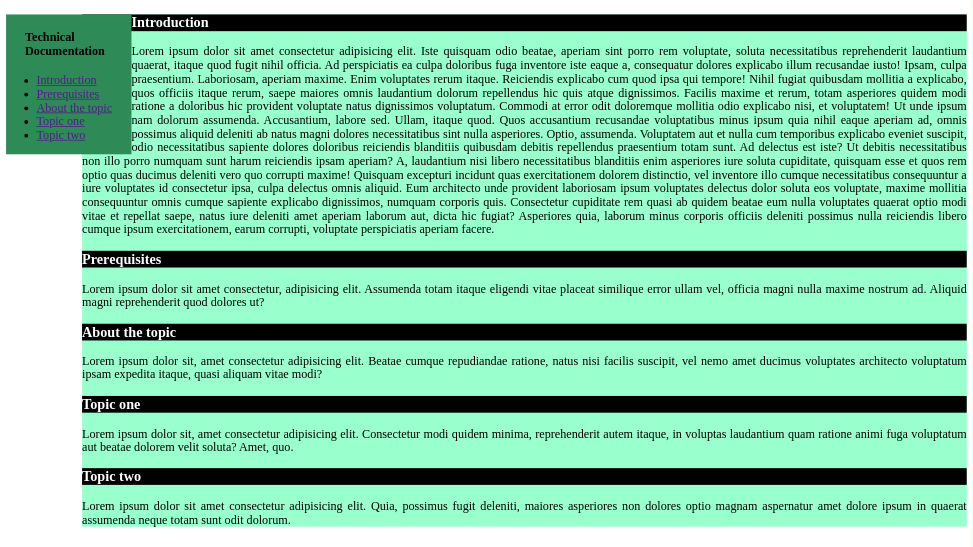
Repository: JoaoLemesDEV/Excercise-Tech-Documentation-Page
Page: index.html
These files come from the project's save history. The page is drawn as it stood at one moment and after the next save; the edit follows.
The browser window is 1280 px wide. The pictures show the whole page, at 76% of full size.

Above is the page before, as saved 2021-10-03 20:09:10.

After the next save:
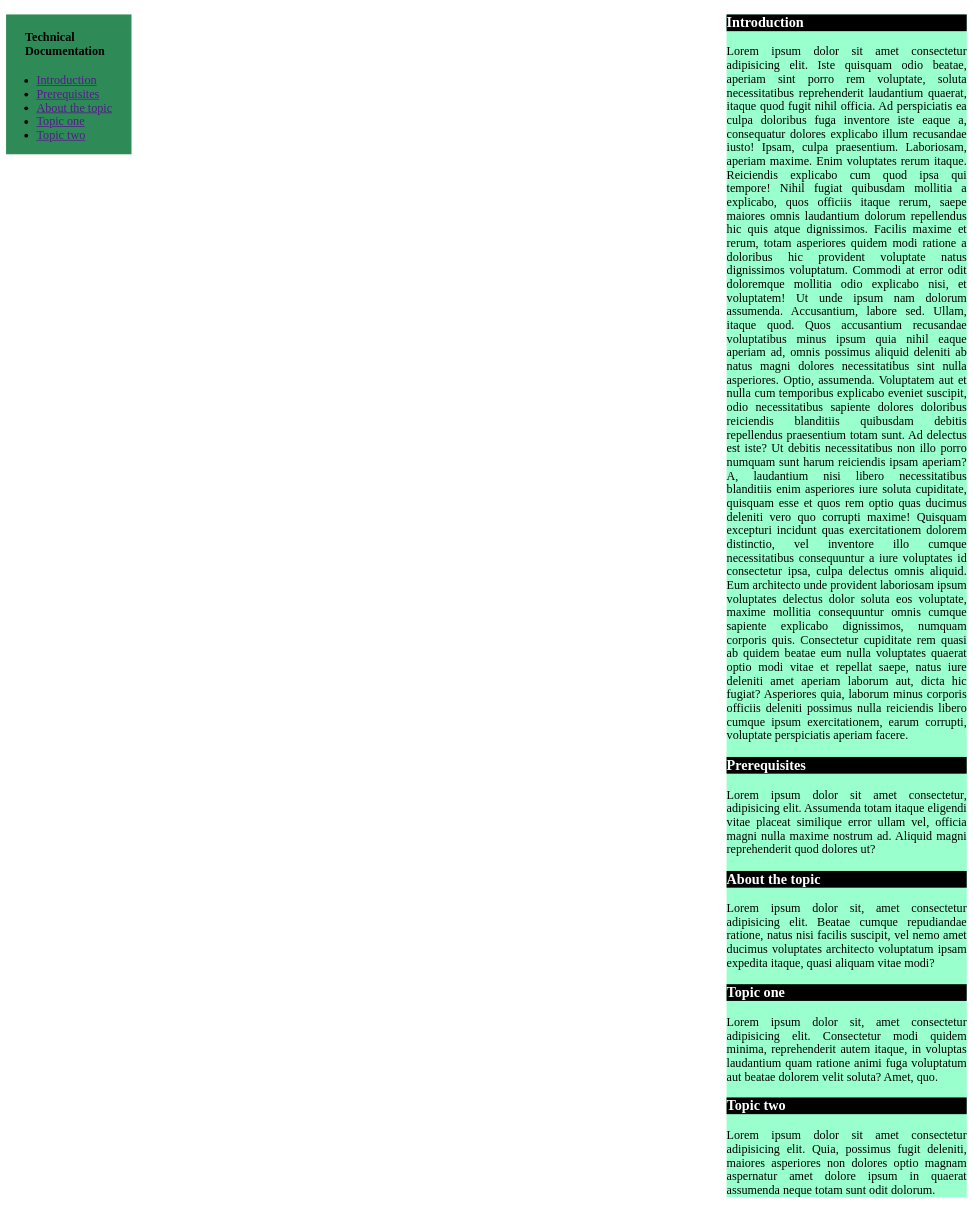
Saved 6 s later.
--- a/index.css
+++ b/index.css
@@ -9,7 +9,7 @@ margin-left: 25px;
 }
 
 #contents{
-	margin-left: 100px;
+	margin-left: 75%;
 	background: #9FC;
   text-align: justify;
 }
